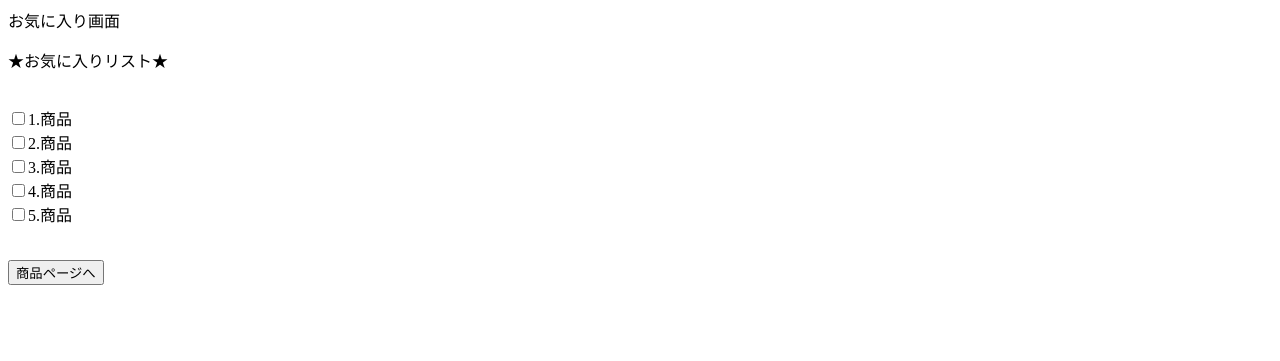
Repository: nathox/backup
Page: http://localhost/Favorite/
The author's editor kept a copy of each file at every save. The page is drawn from the files as they stood at one save, then again after the next save.
The browser window is 1280 px wide. The pictures show the whole page.
The page is served by Tomcat 9. Other server files are loaded and not shown.

Above is the page before, as saved 2018-02-05 09:14:50.

### Favorite/WebContent/a.jsp
<%@ page language="java" contentType="text/html; charset=UTF-8"
    pageEncoding="UTF-8"%>
<!DOCTYPE html PUBLIC "-//W3C//DTD HTML 4.01 Transitional//EN" "http://www.w3.org/TR/html4/loose.dtd">
<html>
<head>
<meta http-equiv="Content-Type" content="text/html; charset=UTF-8">
<title>Insert title here</title>
</head>
<body>



<form name="frmMove">
<script language=javascript>
function obakasannemou(){
objChk = frmMove.chkMove //チェックボックスオブジェクトを参照
str = ""; //チェック内容を代入する変数
for(i = 0 ; i < objChk.length;i++){
if(objChk[i].checked) str += objChk[i].value
}
switch(str){
case "1":
location.href="https://www.yahoo.co.jp/";
break;
case "2":
location.href="https://www.google.co.jp";
break;

case "3":
location.href="https://www.biglobe.ne.jp/";
break;

case "4":
location.href="https://www.goo.ne.jp/";
break;

case "5":
location.href="https://www.google.co.jp/maps";
break;


}
}
</script>

お気に入り画面
<p>
★お気に入りリスト★
</p>

<p>
<br>
<input type="checkbox" value="1" name="chkMove">1.商品
<br><input type="checkbox" value="2" name="chkMove">2.商品
<br><input type="checkbox" value="3" name="chkMove">3.商品
<br><input type="checkbox" value="4" name="chkMove">4.商品
<br><input type="checkbox" value="5" name="chkMove">5.商品
</p>

<p>
<br><input type="button" value="商品ページへ" onclick="obakasannemou()">

</p>
</form>





</body>
</html>

After the next save:
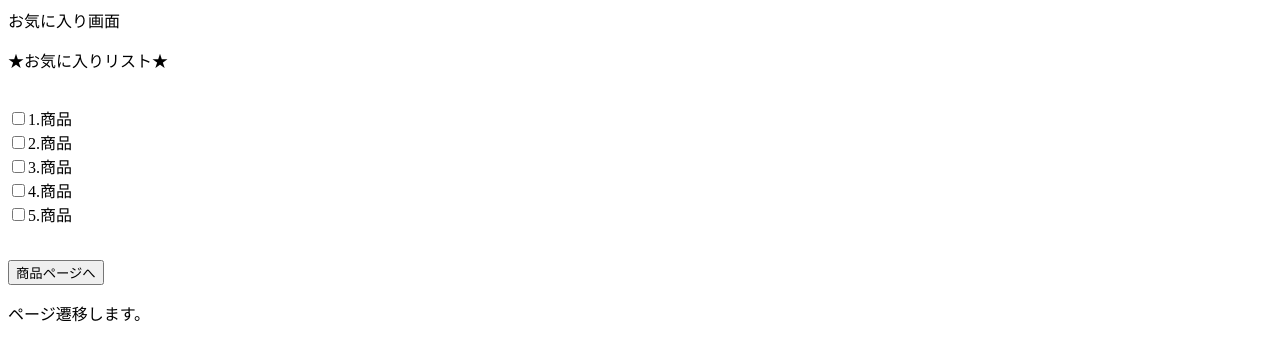
Saved 16 h 18 min later.
--- a/Favorite/WebContent/a.jsp
+++ b/Favorite/WebContent/a.jsp
@@ -64,7 +64,7 @@ break;
 </form>
 
 
-
+<div class="frame" onclick="frameClick();">ページ遷移します。</div>
 
 
 </body>
